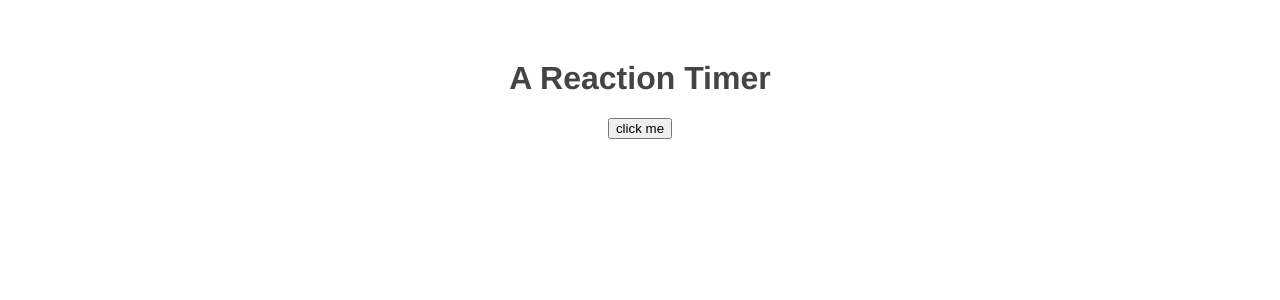
Repository: qudos4real/reaction-timer
Page: /
These files come from the project's save history. The page is drawn as it stood at one moment and after the next save; the edit follows.
The browser window is 1280 px wide. The pictures show the whole page.
The project was rebuilt for these pictures with package versions that can differ from the ones it lists, and the page was loaded fresh each time. Also part of the build but not shown: vue.config.js, src/components/Block.vue.

Above is the page before, as saved 2022-12-27 22:38:27.

### src/App.vue
<template>
 <h1>A Reaction Timer</h1>
 <button @click="start">click me</button>
 <Block v-if="isPlaying" />
</template>

<script>
import Block from './components/Block.vue';

export default {
  name: 'App',
  components: {
    Block
  },
  data() {
    return {
      isPlaying: false,
      delay: null,
    }
  },
  methods: {
    start() {
      this.isPlaying = true;
      this.delay = 2000 + Math.random() * 5000;
      this.isPlaying = true;
    }
  }
}
</script>

<style>
#app {
  font-family: Avenir, Helvetica, Arial, sans-serif;
  -webkit-font-smoothing: antialiased;
  -moz-osx-font-smoothing: grayscale;
  text-align: center;
  color: #444;
  margin-top: 60px;
}
</style>

Loaded but not shown: public/index.html (common file); src/main.js (common file)

After the next save:
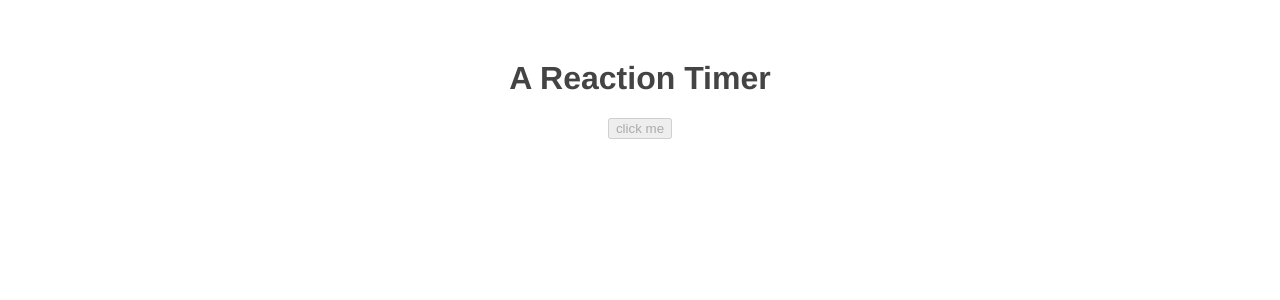
Saved 22 s later.
--- a/src/App.vue
+++ b/src/App.vue
@@ -1,6 +1,6 @@
 <template>
  <h1>A Reaction Timer</h1>
- <button @click="start">click me</button>
+ <button @click="start" disabled>click me</button>
  <Block v-if="isPlaying" />
 </template>
 

After the 2 saves that followed:
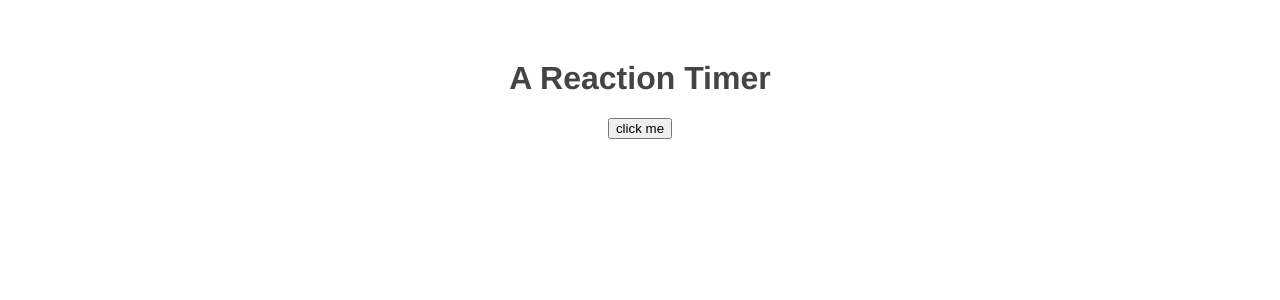
The 2 saves are shown as one change because 1 left the picture as it was.
The last was saved 19 s later.
--- a/src/App.vue
+++ b/src/App.vue
@@ -1,6 +1,6 @@
 <template>
  <h1>A Reaction Timer</h1>
- <button @click="start" disabled>click me</button>
+ <button @click="start" :disabled="isPlaying">click me</button>
  <Block v-if="isPlaying" />
 </template>
 
